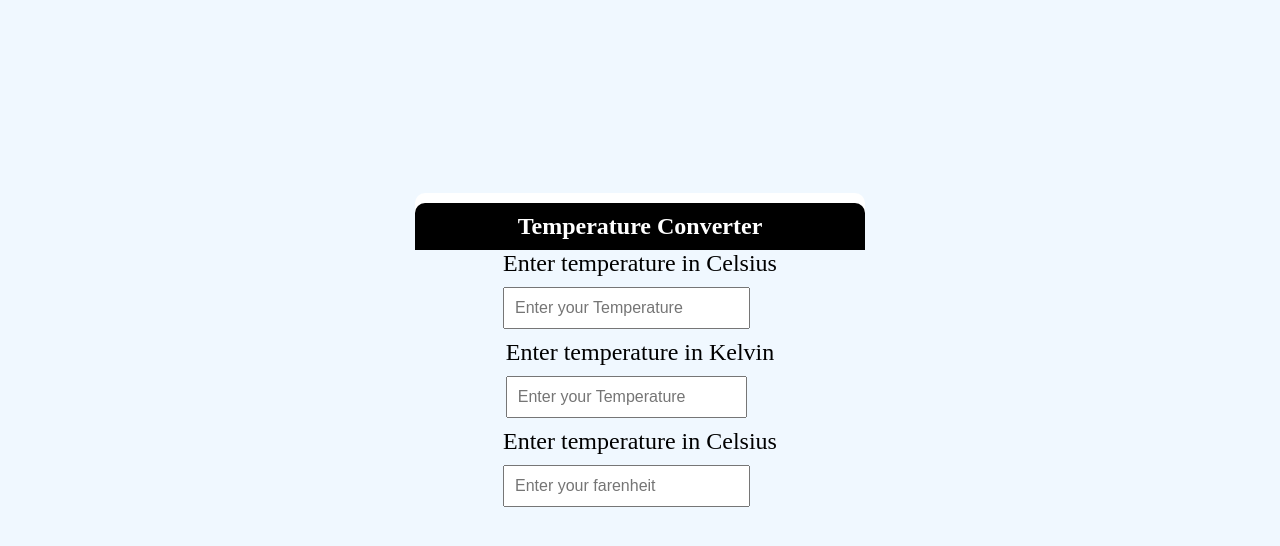
Repository: JunaidAnsari202/Temperature-Converter
Page: index.html
These files come from the project's save history. The page is drawn as it stood at one moment and after a run of saves; the edit follows.
The browser window is 1280 px wide. The pictures show the whole page.

Above is the page before, as saved 2024-10-16 13:38:40.
Not found: script,js

### index.html
<!DOCTYPE html>
<html lang="en">
<head>
    <meta charset="UTF-8">
    <meta name="viewport" content="width=device-width, initial-scale=1.0">
    <title>Temperatue converter</title>
    <link rel="stylesheet" href="style.css">
</head>
<body>
  <div class="container">
    <div class="header">
        <h2>Temperature Converter</h2>
    </div>
  </div>
  <div class="input1">
    <label for="input1">  Enter temperature in Celsius </label>
    <input type="number" id="calsius" placeholder="Enter your Temperature">
  </div>
  <div class="input2">
    <label for="input2">  Enter temperature in Kelvin </label>
    <input type="number" id="kelvin" placeholder="Enter your Temperature">
  </div>
  <div class="input3">
    <label for="input3">  Enter temperature in Celsius </label>
    <input type="number" id="farenheit" placeholder="Enter your farenheit">
  </div>
    <script src="script,js"></script>
</body>
</html>

### style.css
*{
    margin: 0;
    padding: 0;
    box-sizing: border-box;
}

body{
    background-color: aliceblue;
    display: flex;
    justify-content: center;
    align-items: center;
    height: 100vh;
    flex-direction: column;

}

.container{
    width: 450px;
    background-color: white;
    border-radius: 10px;
    text-align: center;

}

.header{
    margin-top: 10px;
    background-color: black;
    color: white;
    font-size: 1rem;
    padding: 10px;
    border-radius: 10px 10px 0 0;

}

label{
    display: block;
    font-size: 1.5rem;
    margin-bottom: 10px;
}

input{
    width: 90%;
    padding: 10px;
    margin-bottom: 10px;
    font-size: 1rem;

}

.input3{
    margin-bottom: 10px;
}

After the next 7 saves:
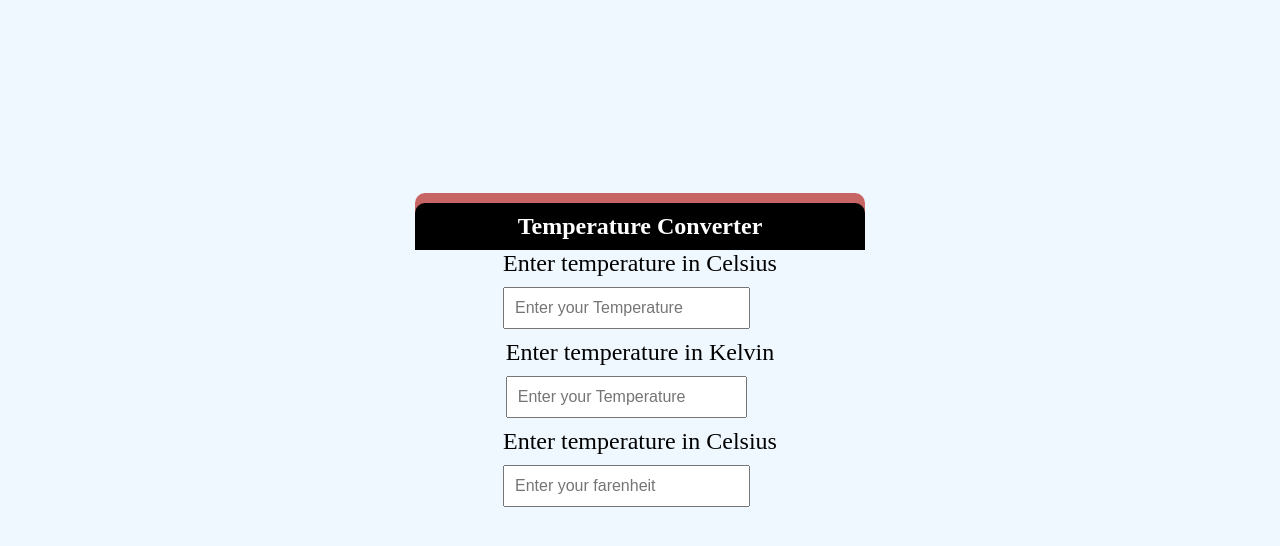
The 7 saves are shown as one change because they came seconds apart.
The last was saved 24 s later.
--- a/style.css
+++ b/style.css
@@ -16,7 +16,7 @@
 
 .container{
     width: 450px;
-    background-color: white;
+    background-color: rgb(199, 101, 101);
     border-radius: 10px;
     text-align: center;
 

After the save that followed:
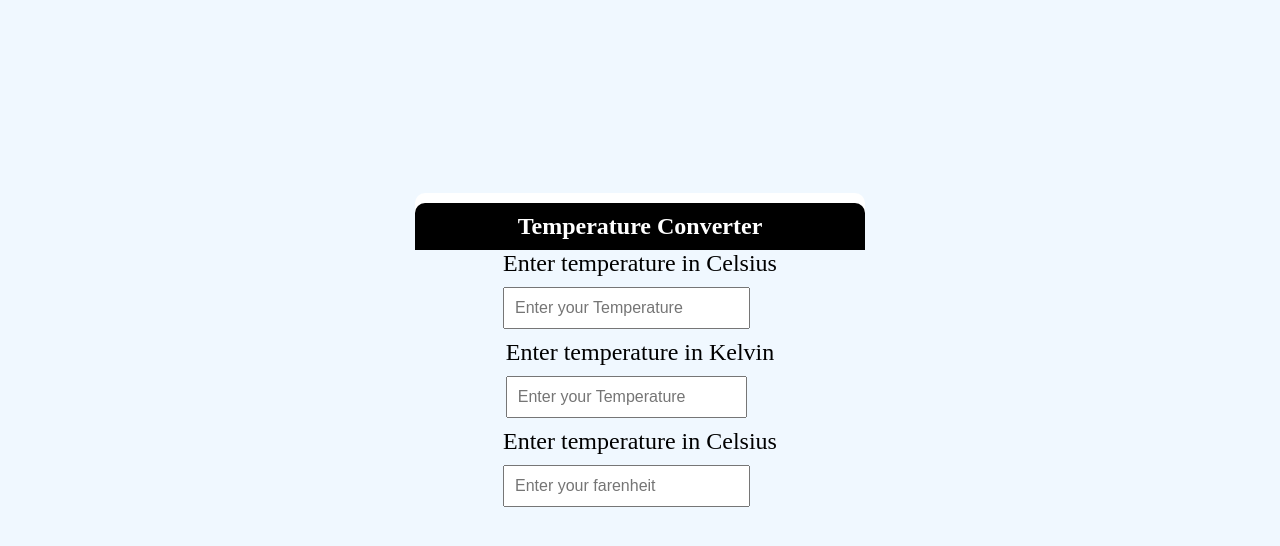
Saved 8 s later.
--- a/style.css
+++ b/style.css
@@ -16,7 +16,7 @@
 
 .container{
     width: 450px;
-    background-color: rgb(199, 101, 101);
+    background-color: rgb(255, 255, 255);
     border-radius: 10px;
     text-align: center;
 
